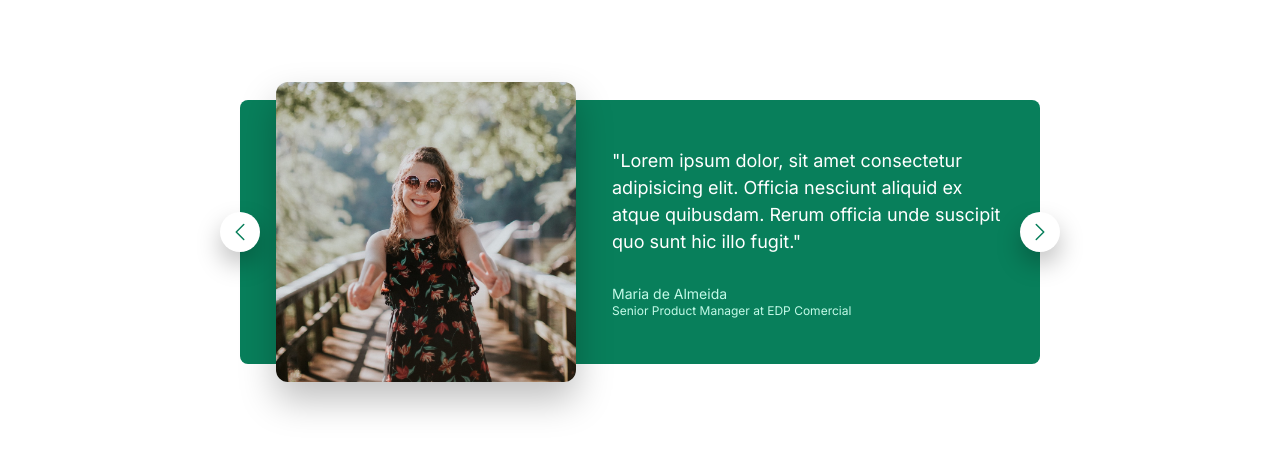
Repository: Ahmed123rezk123/06-Components
Page: carousel.html
These files come from the project's save history. The page is drawn as it stood at one moment and after the next save; the edit follows.
The browser window is 1280 px wide. The pictures show the whole page.

Above is the page before, as saved 2024-09-16 09:07:36.

After the next save:
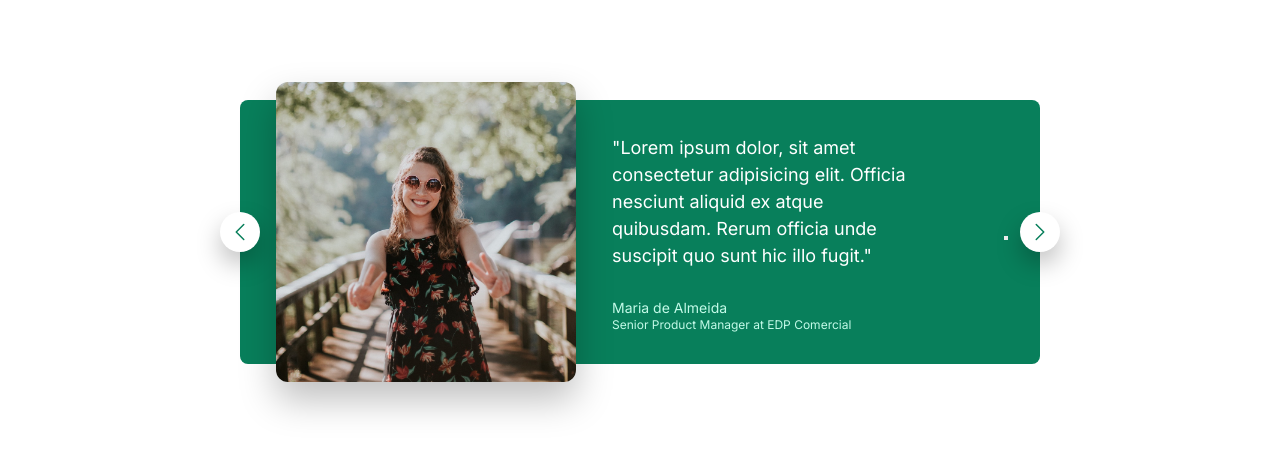
Saved 87 s later.
--- a/carousel.html
+++ b/carousel.html
@@ -135,6 +135,9 @@
           />
         </svg>
       </button>
+      <div class="dots">
+        <button class="dot"></button>
+      </div>
     </div>
   </body>
 </html>
